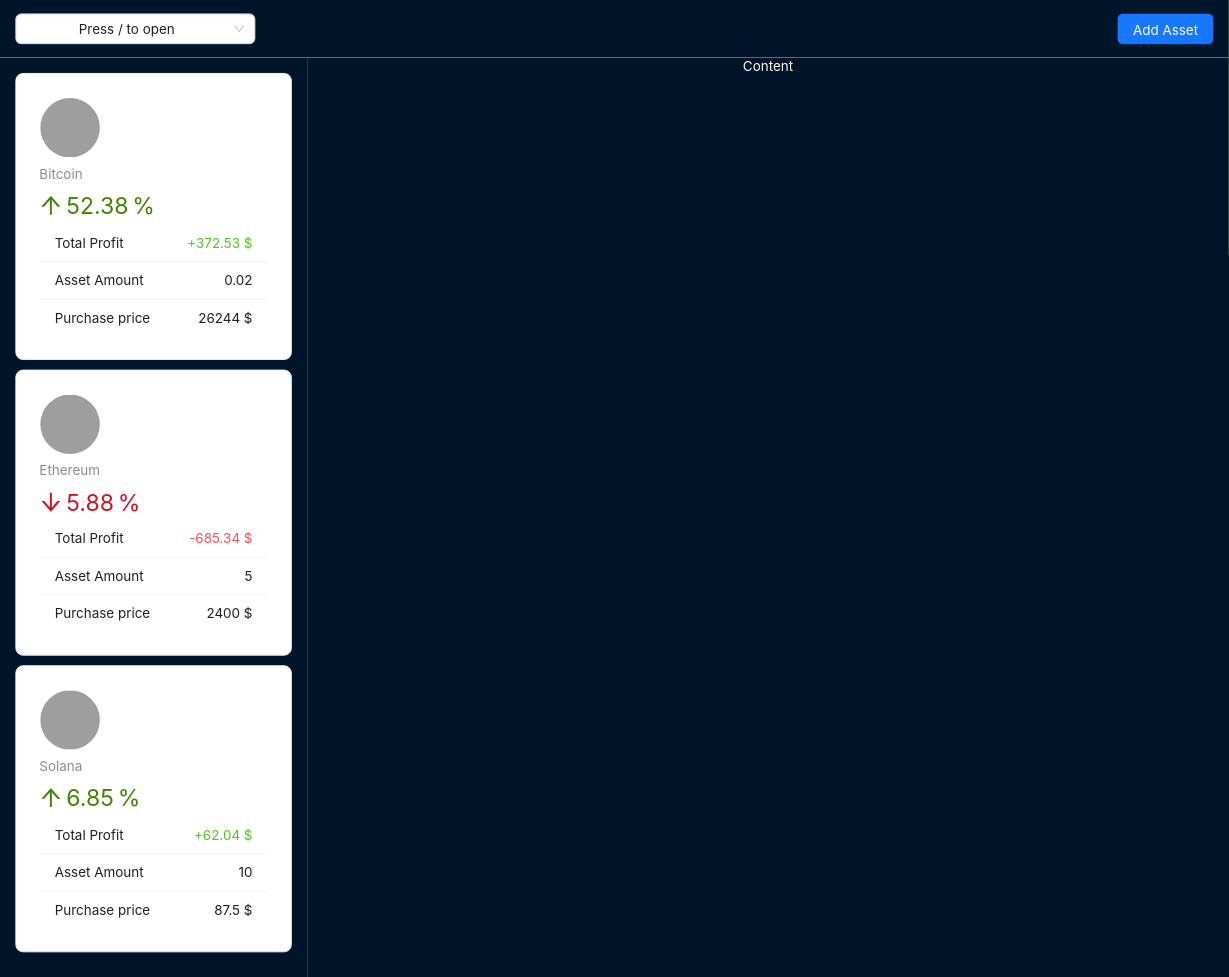
Repository: Vadia23/React-Crypto-App
Page: /
An editor plug-in stored every save of this project. The page is shown before and after the next save, followed by the edit.
The browser window is 1280 px wide. The pictures show the whole page, at 96% of full size.
Pictures or frames that could not be fetched are drawn as grey boxes. The project was rebuilt for these pictures with package versions that can differ from the ones it lists, and the page was loaded fresh each time. Also part of the build but not shown: vite.config.js, src/components/CoinInfo.jsx, src/components/CoinInfoModal.jsx, src/components/AddAssetForm.jsx, src/components/layout/AppConten.jsx.

Above is the page before, as saved 2024-02-28 13:52:08.

After the next save:
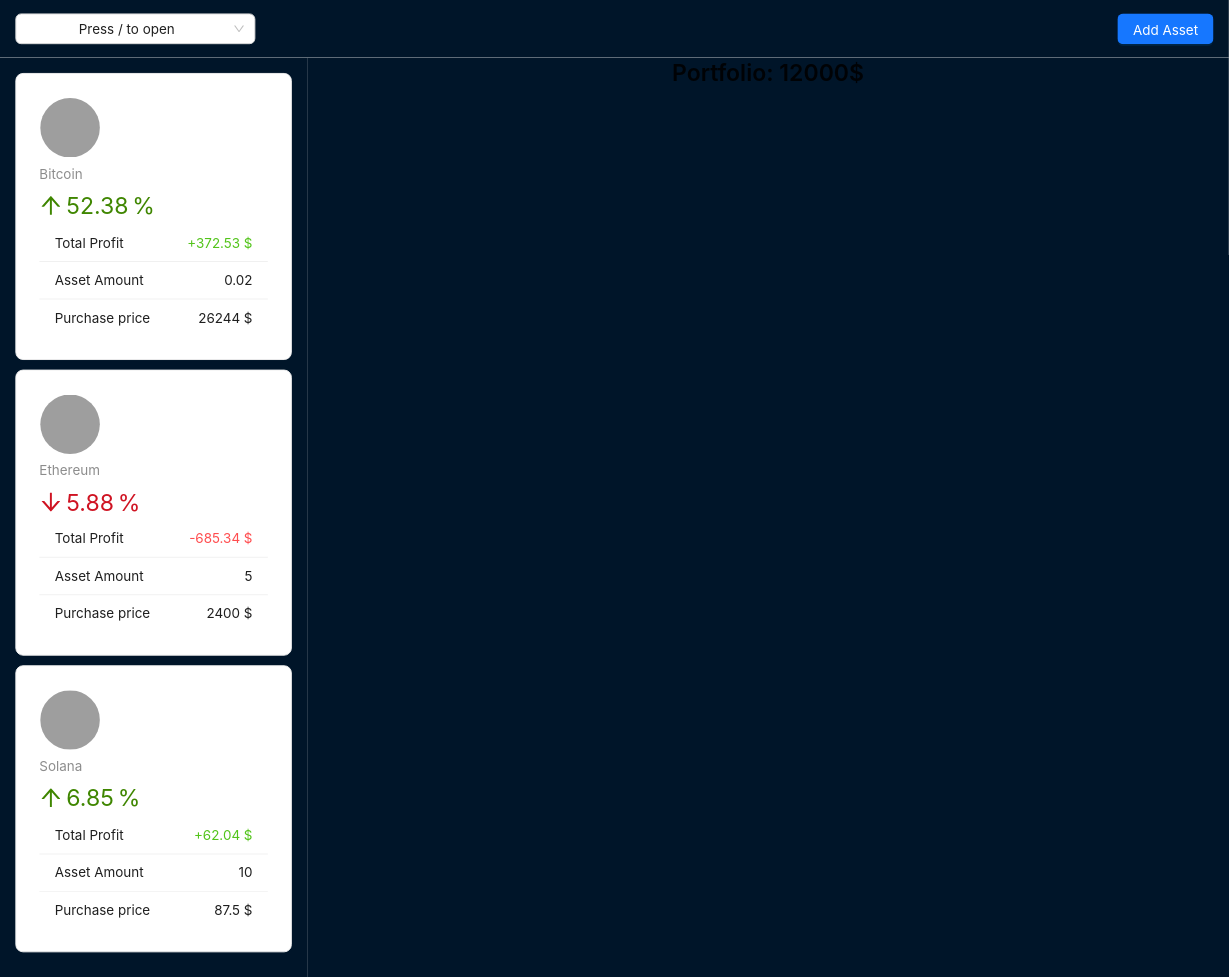
Saved 2 min 28 s later.
--- a/src/components/layout/AppContent.jsx
+++ b/src/components/layout/AppContent.jsx
@@ -1,4 +1,4 @@
-import { Layout } from "antd";
+import { Layout, Typography } from "antd";
 
 const contentStyle = {
   textAlign: "center",
@@ -8,5 +8,9 @@
 };
 
 export default function AppContent() {
-  return <Layout.Content style={contentStyle}>Content</Layout.Content>;
+  return (
+    <Layout.Content style={contentStyle}>
+      <Typography.Title level={3}>Portfolio: 12000$</Typography.Title>
+    </Layout.Content>
+  );
 }
